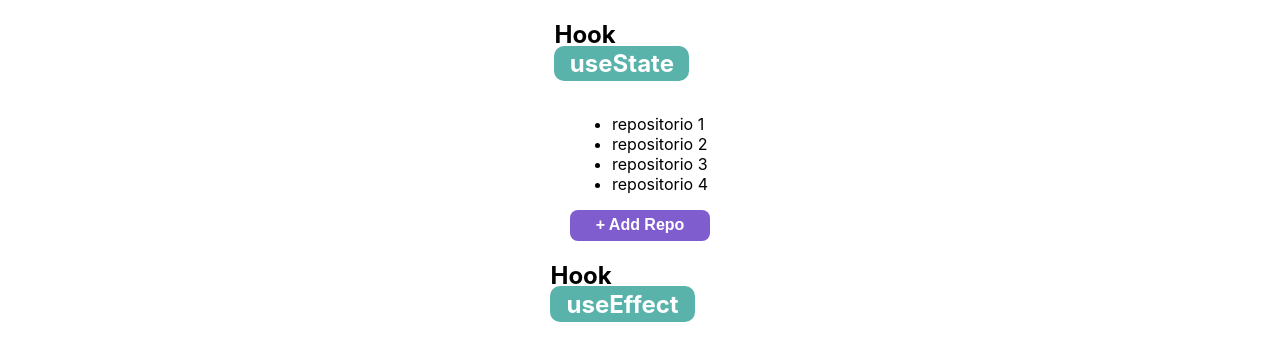
Repository: thiagolucio/react-hooks-use
Page: /
An editor plug-in stored every save of this project. The page is shown before and after the next save, followed by the edit.
The browser window is 1280 px wide. The pictures show the whole page.
The project was rebuilt for these pictures with package versions that can differ from the ones it lists, and the page was loaded fresh each time.

Above is the page before, as saved 2022-03-08 22:45:12.

After the next save:
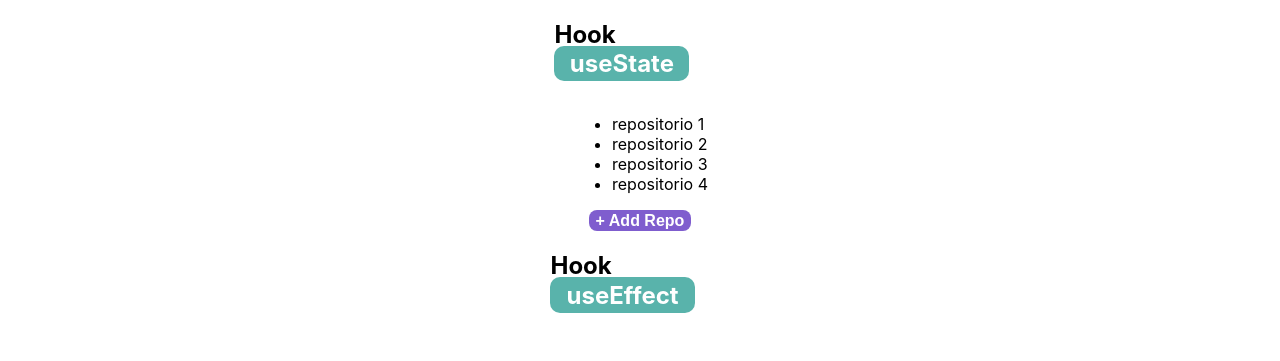
Saved 7 s later.
--- a/src/App.css
+++ b/src/App.css
@@ -5,7 +5,7 @@
     justify-content: center;
 }
 
-.Cinquenta {
+.cinquenta {
     width: 50%;
     height: auto;
     margin: auto;

After the save that followed:
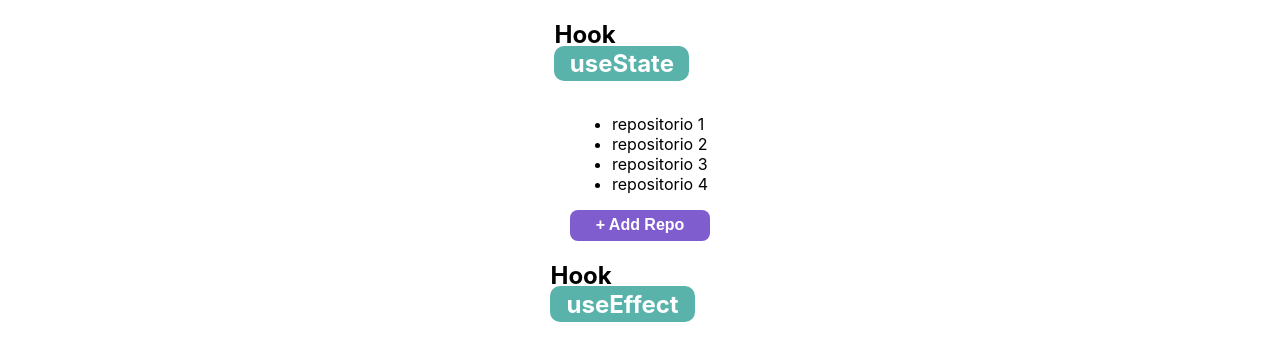
Saved 8 s later.
--- a/src/App.js
+++ b/src/App.js
@@ -9,10 +9,10 @@ import UseEffectExample from "./Components/UseEffectExample";
 function App() {
   return (
     <div className="container">
-    <div className="Cinquenta">
+    <div className="cinquenta">
       <UseStateExample />
     </div>
-    <div className="Cinquenta">
+    <div className="cinquenta">
       <UseEffectExample/>
     </div>
     </div>
